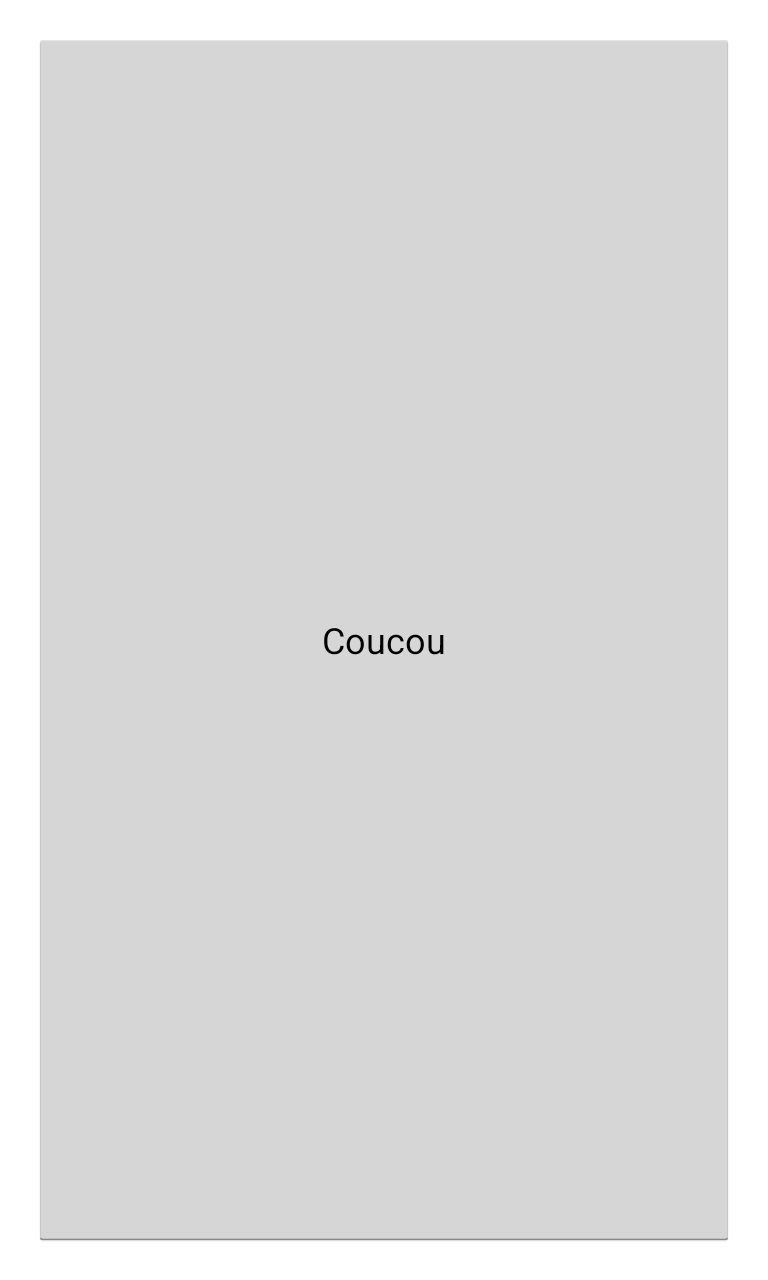
Repository: mikaelpopowicz/cours
Layout: graph/test/res/layout/activity_main.xml
An editor plug-in stored every save of this project. The layout is shown before and after the next save, followed by the edit.
It is drawn on a 768 x 1280 px phone screen (xhdpi) without system bars, with theme AppTheme; the app's code is not run.

Above is the layout before, as saved 2014-02-26 23:05:50.

After the next save:
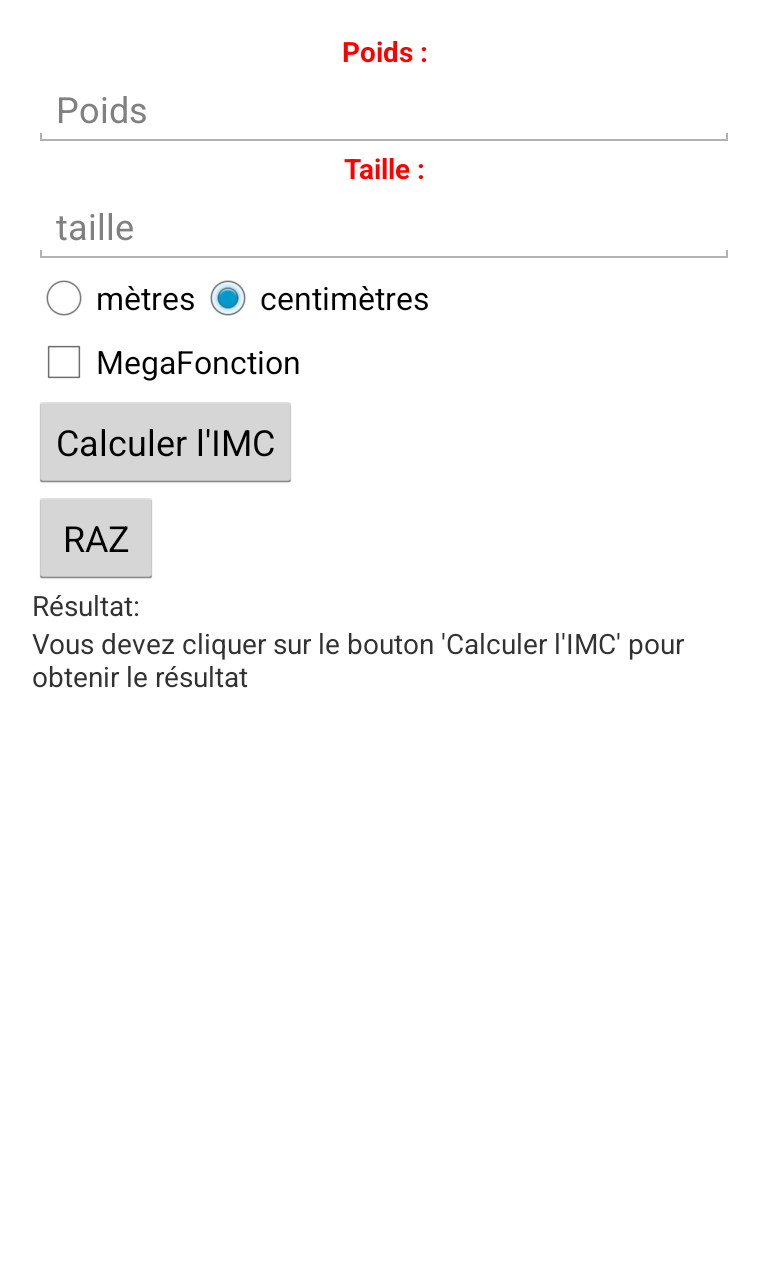
Saved 90 s later.
--- a/graph/test/res/layout/activity_main.xml
+++ b/graph/test/res/layout/activity_main.xml
@@ -9,11 +9,81 @@
     tools:context=".MainActivity"
     android:orientation="vertical" >
 
+    <TextView
+        android:layout_width="fill_parent"
+        android:layout_height="wrap_content"
+        android:text="Poids :"
+        android:textStyle="bold"
+        android:textColor="#FF0000"
+        android:gravity="center"/>
+
+    <EditText
+        android:id="@+id/poids"
+        android:layout_width="fill_parent"
+        android:layout_height="wrap_content"
+        android:hint="Poids"
+        android:inputType="text"/>
+
+    <TextView
+        android:layout_width="fill_parent"
+        android:layout_height="wrap_content"
+        android:text="Taille :"
+        android:textStyle="bold"
+        android:textColor="#FF0000"
+        android:gravity="center"/>
+
+    <EditText
+        android:id="@+id/taille"
+        android:layout_width="fill_parent"
+        android:layout_height="wrap_content"
+        android:hint="taille"
+        android:inputType="text"/>
+
+    <RadioGroup
+        android:id="@+id/group"
+  		android:layout_width="wrap_content"
+  		android:layout_height="wrap_content"
+  		android:orientation="horizontal" >
+  		<RadioButton
+  		    android:id="@+id/radio1"
+    		android:layout_width="wrap_content"
+    		android:layout_height="wrap_content"
+    		android:text="mètres" />
+  		<RadioButton
+  		    android:id="@+id/radio2"
+    		android:layout_width="wrap_content"
+    		android:layout_height="wrap_content"
+    		android:text="centimètres"
+    		android:checked="true" />
+	</RadioGroup>
+
+    <CheckBox
+        android:id="@+id/mega"
+  		android:layout_width="fill_parent"
+  		android:layout_height="wrap_content"
+  		android:text="MegaFonction"  />
+
     <Button
-    android:id="@+id/bouton"
-    android:layout_width="fill_parent"
-    android:layout_height="fill_parent"
-    android:layout_gravity="center"
-    android:text="Coucou" />
+        android:id="@+id/calcul"
+        android:layout_width="wrap_content"
+        android:layout_height="wrap_content"
+        android:text="Calculer l'IMC"/>
+
+    <Button
+        android:id="@+id/raz"
+        android:layout_width="wrap_content"
+        android:layout_height="wrap_content"
+        android:text="RAZ"/>
+
+    <TextView
+        android:layout_width="wrap_content"
+        android:layout_height="wrap_content"
+        android:text="Résultat:"/>
+
+    <TextView
+        android:id="@+id/resultat"
+        android:layout_height="wrap_content"
+        android:layout_width="wrap_content"
+        android:text="Vous devez cliquer sur le bouton 'Calculer l'IMC' pour obtenir le résultat"/>
 
 </LinearLayout>
